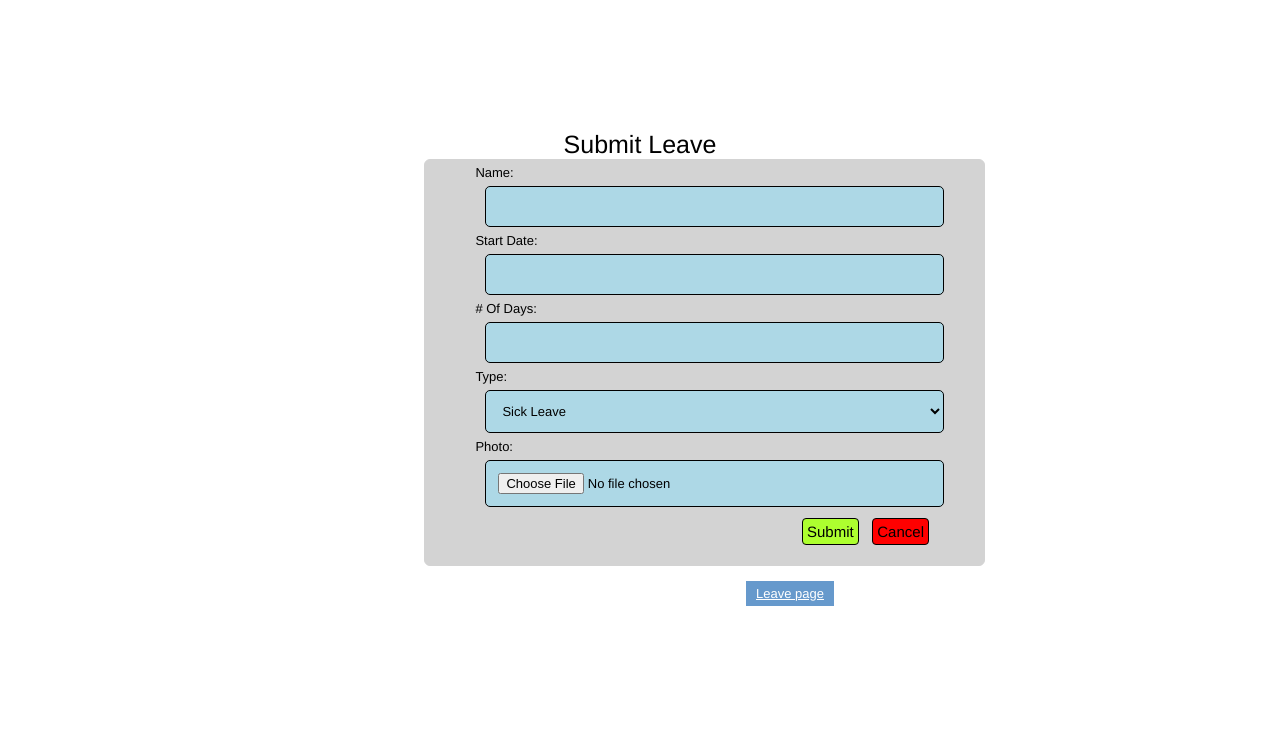
Repository: Murad71/BasicCRUD
Page: index.html
The author's editor kept a copy of each file at every save. The page is drawn from the files as they stood at one save, then again after a run of saves.
The browser window is 1280 px wide. The pictures show the whole page.

Above is the page before, as saved 2023-04-18 21:43:30.

After the next 2 saves:
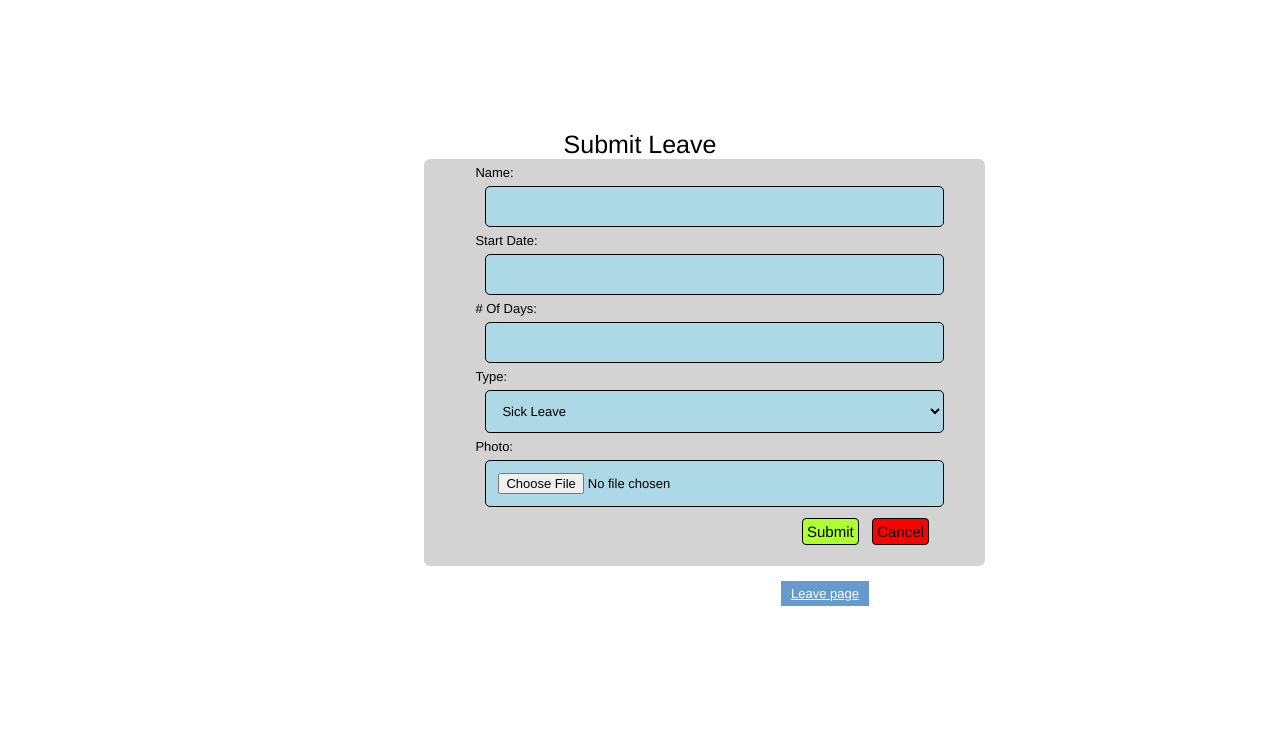
The 2 saves are shown as one change because they came seconds apart.
The last was saved 20 s later.
--- a/index.css
+++ b/index.css
@@ -60,7 +60,7 @@ input[type="reset"].cancel {
 }
 
 .anchorContainer {
-  margin-left: 300px;
+  margin-left: 370px;
 }
 
 a {
